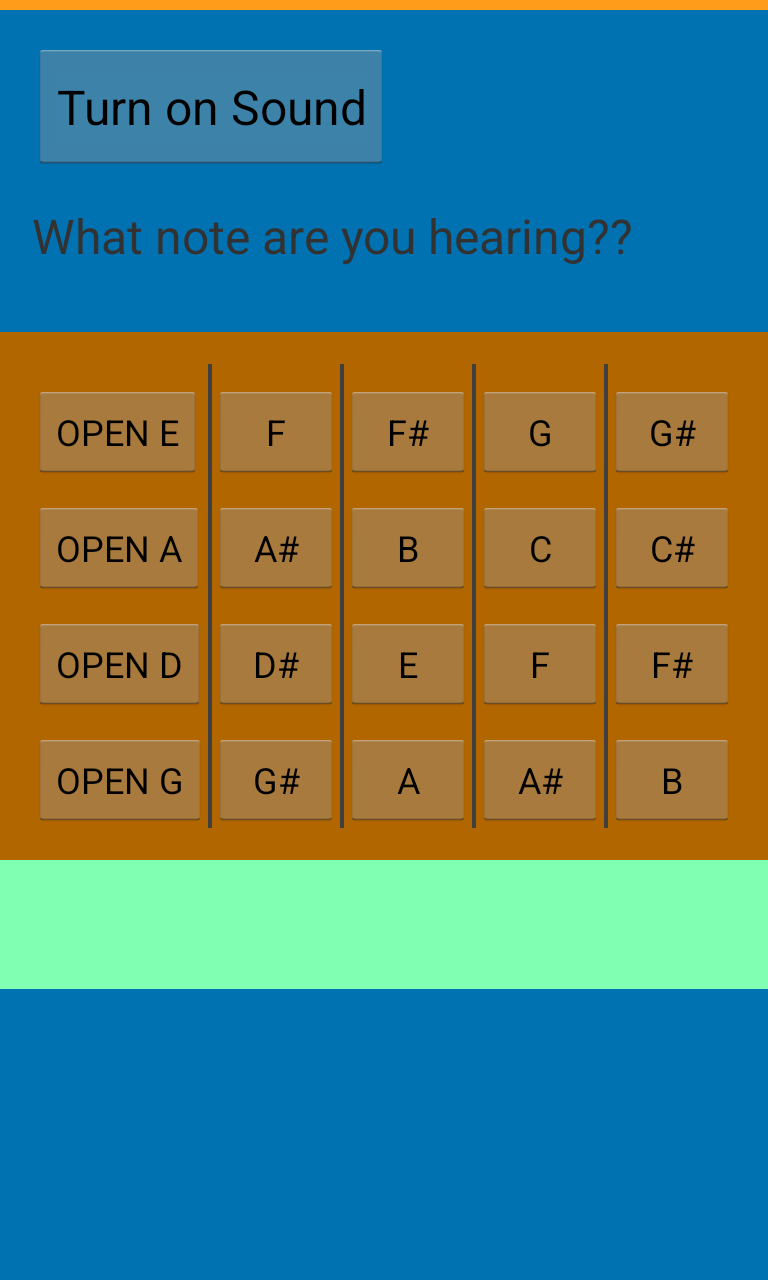
Repository: elliott-ribner/android-guitar-trainer
Layout: randomnotegenerator/res/layout/activity_main.xml
The author's editor kept a copy of each file at every save. The layout is drawn from the files as they stood at one save, then again after the next save.
It is drawn on a 768 x 1280 px phone screen (xhdpi) without system bars, with theme AppTheme; the app's code is not run.

Above is the layout before, as saved 2014-06-09 00:56:40.

### randomnotegenerator/res/layout/activity_main.xml
<LinearLayout xmlns:android="http://schemas.android.com/apk/res/android"
    xmlns:tools="http://schemas.android.com/tools"
    android:layout_width="match_parent"
    android:layout_height="match_parent"
    android:background="#0072B2"
    android:orientation="vertical"
    tools:context="com.elliott.randomnotegenerator.MainActivity$PlaceholderFragment" >
 <LinearLayout
        android:layout_width="fill_parent"
        android:layout_height="5dip"
        android:background="#FF9C19"

        android:paddingBottom="@dimen/activity_vertical_margin"
        android:paddingLeft="@dimen/activity_horizontal_margin"
        android:paddingRight="@dimen/activity_horizontal_margin"
        android:paddingTop="@dimen/activity_vertical_margin" />

    <LinearLayout
        android:layout_width="fill_parent"
        android:layout_height="wrap_content"

        android:orientation="vertical"
        android:paddingBottom="@dimen/activity_vertical_margin"
        android:paddingLeft="@dimen/activity_horizontal_margin"
        android:paddingRight="@dimen/activity_horizontal_margin"
        android:paddingTop="@dimen/activity_vertical_margin" >

        <Button
            android:id="@+id/ButtonPlay"
            android:layout_width="wrap_content"
            android:layout_height="wrap_content"
            android:paddingBottom="@dimen/activity_vertical_margin"
            android:paddingTop="@dimen/activity_vertical_margin"
            android:text="@string/play"
            android:textSize="24sp" />

        <TextView
            android:id="@+id/promptBox"
            android:layout_width="wrap_content"
            android:layout_height="wrap_content"
            android:paddingBottom="@dimen/activity_vertical_margin"
            android:paddingTop="@dimen/activity_vertical_margin"
            android:text="@string/prompt"
            android:textSize="24sp" />
    </LinearLayout>


        <LinearLayout
            android:layout_width="fill_parent"
            android:layout_height="wrap_content"
             android:background="#B26600"
            android:orientation="horizontal"
            android:paddingBottom="@dimen/activity_vertical_margin"
        android:paddingLeft="@dimen/activity_horizontal_margin"
        android:paddingRight="@dimen/activity_horizontal_margin"
        android:paddingTop="@dimen/activity_vertical_margin"  >

            <LinearLayout
                android:layout_width="wrap_content"
                android:layout_height="wrap_content"
                android:orientation="vertical" >

                <Button
                    android:id="@+id/ButtonEL"
                    android:layout_width="wrap_content"
                    android:layout_height="wrap_content"
                    android:layout_marginTop="10dp"
                    android:text="@string/el" />

                <Button
                    android:id="@+id/ButtonAL"
                    android:layout_width="wrap_content"
                    android:layout_height="wrap_content"
                    android:layout_marginTop="10dp"
                    android:text="@string/al" />

                <Button
                    android:id="@+id/ButtonD"
                    android:layout_width="wrap_content"
                    android:layout_height="wrap_content"
                    android:layout_marginTop="10dp"
                    android:text="@string/d" />

                <Button
                    android:id="@+id/ButtonG"
                    android:layout_width="wrap_content"
                    android:layout_height="wrap_content"
                    android:layout_marginTop="10dp"
                    android:text="@string/g" />
            </LinearLayout>

            <View
                android:layout_width="2dip"
                android:layout_height="fill_parent"
                android:background="#404040" />

            <LinearLayout
                android:layout_width="wrap_content"
                android:layout_height="wrap_content"
                android:orientation="vertical" >

                <Button
                    android:id="@+id/ButtonFL"
                    android:layout_width="wrap_content"
                    android:layout_height="wrap_content"
                    android:layout_marginTop="10dp"
                    android:text="@string/fl" />

                <Button
                    android:id="@+id/ButtonASL"
                    android:layout_width="wrap_content"
                    android:layout_height="wrap_content"
                    android:layout_marginTop="10dp"
                    android:text="@string/asl" />

                <Button
                    android:id="@+id/ButtonDS"
                    android:layout_width="wrap_content"
                    android:layout_height="wrap_content"
                    android:layout_marginTop="10dp"
                    android:text="@string/ds" />

                <Button
                    android:id="@+id/ButtonGS"
                    android:layout_width="wrap_content"
                    android:layout_height="wrap_content"
                    android:layout_marginTop="10dp"
                    android:text="@string/gs" />
            </LinearLayout>

            <View
                android:layout_width="2dip"
                android:layout_height="fill_parent"
                android:background="#404040" />

            <LinearLayout
                android:layout_width="wrap_content"
                android:layout_height="wrap_content"
                android:orientation="vertical" >

                <Button
                    android:id="@+id/ButtonFSL"
                    android:layout_width="wrap_content"
                    android:layout_height="wrap_content"
                    android:layout_marginTop="10dp"
                    android:text="@string/fsl" />

                <Button
                    android:id="@+id/ButtonBL"
                    android:layout_width="wrap_content"
                    android:layout_height="wrap_content"
                    android:layout_marginTop="10dp"
                    android:text="@string/bl" />

                <Button
                    android:id="@+id/ButtonE"
                    android:layout_width="wrap_content"
                    android:layout_height="wrap_content"
                    android:layout_marginTop="10dp"
                    android:text="@string/e" />

                <Button
                    android:id="@+id/ButtonA"
                    android:layout_width="wrap_content"
                    android:layout_height="wrap_content"
                    android:layout_marginTop="10dp"
                    android:text="@string/a" />
            </LinearLayout>

            <View
                android:layout_width="2dip"
                android:layout_height="fill_parent"
                android:background="#404040" />

            <LinearLayout
                android:layout_width="wrap_content"
                android:layout_height="wrap_content"
                android:orientation="vertical" >

                <Button
                    android:id="@+id/ButtonGL"
                    android:layout_width="wrap_content"
                    android:layout_height="wrap_content"
                    android:layout_marginTop="10dp"
                    android:text="@string/gl" />

                <Button
                    android:id="@+id/ButtonC"
                    android:layout_width="wrap_content"
                    android:layout_height="wrap_content"
                    android:layout_marginTop="10dp"
                    android:text="@string/c" />

                <Button
                    android:id="@+id/ButtonF"
                    android:layout_width="wrap_content"
                    android:layout_height="wrap_content"
                    android:layout_marginTop="10dp"
                    android:text="@string/f" />

                <Button
                    android:id="@+id/ButtonAS"
                    android:layout_width="wrap_content"
                    android:layout_height="wrap_content"
                    android:layout_marginTop="10dp"
                    android:text="@string/as" />
            </LinearLayout>

            <View
                android:layout_width="2dip"
                android:layout_height="fill_parent"
                android:background="#404040" />

            <LinearLayout
                android:layout_width="wrap_content"
                android:layout_height="wrap_content"
                android:orientation="vertical" >

                <Button
                    android:id="@+id/ButtonGSL"
                    android:layout_width="wrap_content"
                    android:layout_height="wrap_content"
                    android:layout_marginTop="10dp"
                    android:text="@string/gsl" />

                <Button
                    android:id="@+id/ButtonCS"
                    android:layout_width="wrap_content"
                    android:layout_height="wrap_content"
                    android:layout_marginTop="10dp"
                    android:text="@string/cs" />

                <Button
                    android:id="@+id/ButtonFS"
                    android:layout_width="wrap_content"
                    android:layout_height="wrap_content"
                    android:layout_marginTop="10dp"
                    android:text="@string/fs" />

                <Button
                    android:id="@+id/ButtonB"
                    android:layout_width="wrap_content"
                    android:layout_height="wrap_content"
                    android:layout_marginTop="10dp"
                    android:text="@string/b" />
            </LinearLayout>

        </LinearLayout>





         <LinearLayout
        android:layout_width="fill_parent"
        android:layout_height="wrap_content"
        android:orientation="vertical"
        android:background="#80FFB3"
        android:paddingBottom="@dimen/activity_vertical_margin"
        android:paddingLeft="@dimen/activity_horizontal_margin"
        android:paddingRight="@dimen/activity_horizontal_margin"
        android:paddingTop="@dimen/activity_vertical_margin" >

        <TextView
            android:id="@+id/resultBox"
            android:layout_width="wrap_content"
            android:layout_height="wrap_content"
            android:text="@string/result"
            android:textSize="24sp" />
    </LinearLayout>

</LinearLayout>

### randomnotegenerator/res/values/strings.xml
<?xml version="1.0" encoding="utf-8"?>
<resources>

    <string name="app_name">Bass Guitar Ear Trainer</string>
    <string name="hello_world">Hello world!</string>
    <string name="action_settings">Settings</string>
	<string name="play">Turn on Sound</string>
	<string name="prompt">What note are you hearing??</string>
	<string name="result"></string>
	<string name="c">C</string>
	<string name="cs">C#</string>
	<string name="d">OPEN D</string>
	<string name="ds">D#</string>
	<string name="e">E</string>
	<string name="f">F</string>
	<string name="fs">F#</string>
	<string name="g">OPEN G</string>
	<string name="gs">G#</string>
	<string name="a"> A</string>
	<string name="as">A#</string>
	<string name="b">B</string>
	<string name="el">OPEN E</string>
	<string name="fl">F</string>
	<string name="fsl">F#</string>
	<string name="gl">G</string>
	<string name="gsl">G#</string>
	<string name="al">OPEN A</string>
	<string name="asl">A#</string>
	<string name="bl">B</string>

</resources>

Loaded but not shown: randomnotegenerator/res/values/styles.xml (common file); randomnotegenerator/res/values-v11/styles.xml (common file); randomnotegenerator/res/values-v14/styles.xml (common file); randomnotegenerator/res/values/dimens.xml (common file); randomnotegenerator/res/values-w820dp/dimens.xml (common file)

After the next save:
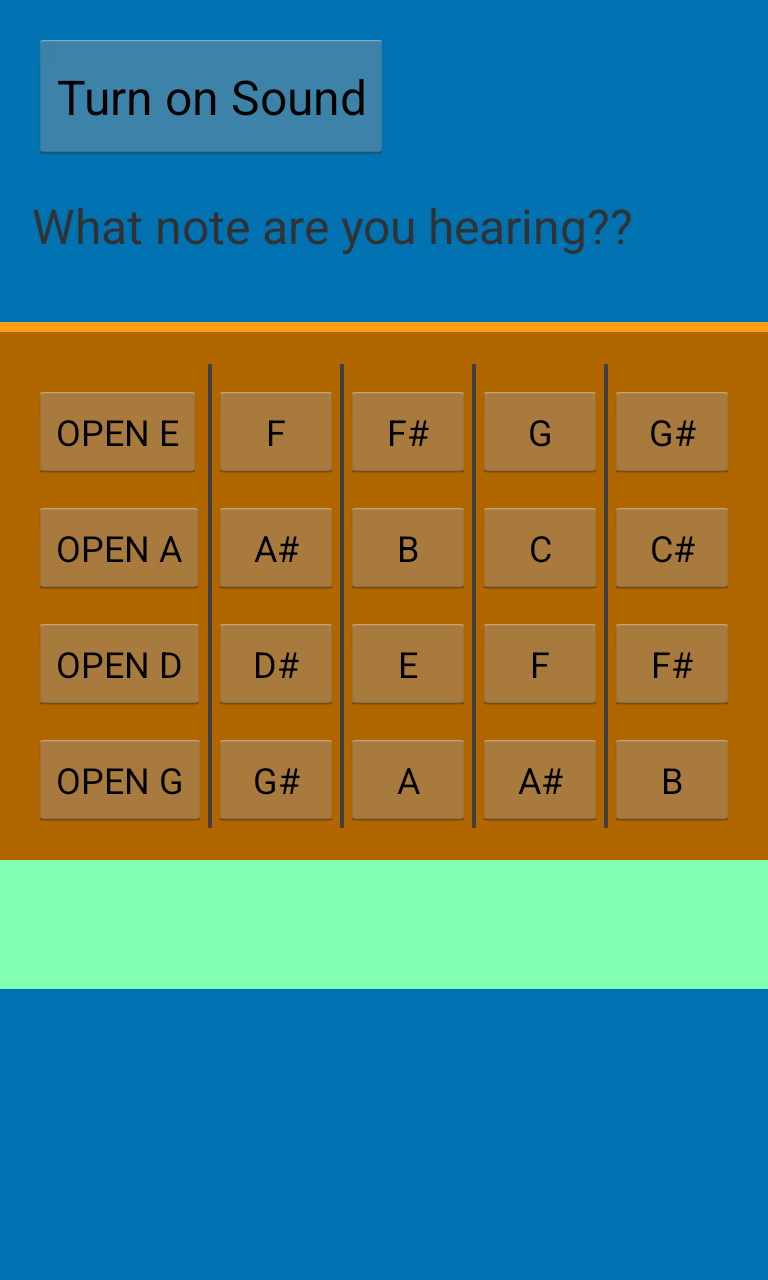
Saved 44 s later.
--- a/randomnotegenerator/res/layout/activity_main.xml
+++ b/randomnotegenerator/res/layout/activity_main.xml
@@ -5,15 +5,7 @@
     android:background="#0072B2"
     android:orientation="vertical"
     tools:context="com.elliott.randomnotegenerator.MainActivity$PlaceholderFragment" >
- <LinearLayout
-        android:layout_width="fill_parent"
-        android:layout_height="5dip"
-        android:background="#FF9C19"
-
-        android:paddingBottom="@dimen/activity_vertical_margin"
-        android:paddingLeft="@dimen/activity_horizontal_margin"
-        android:paddingRight="@dimen/activity_horizontal_margin"
-        android:paddingTop="@dimen/activity_vertical_margin" />
+
 
     <LinearLayout
         android:layout_width="fill_parent"
@@ -43,7 +35,15 @@
             android:text="@string/prompt"
             android:textSize="24sp" />
     </LinearLayout>
-
+<LinearLayout
+        android:layout_width="fill_parent"
+        android:layout_height="5dip"
+        android:background="#FF9C19"
+
+        android:paddingBottom="@dimen/activity_vertical_margin"
+        android:paddingLeft="@dimen/activity_horizontal_margin"
+        android:paddingRight="@dimen/activity_horizontal_margin"
+        android:paddingTop="@dimen/activity_vertical_margin" />
 
         <LinearLayout
             android:layout_width="fill_parent"
